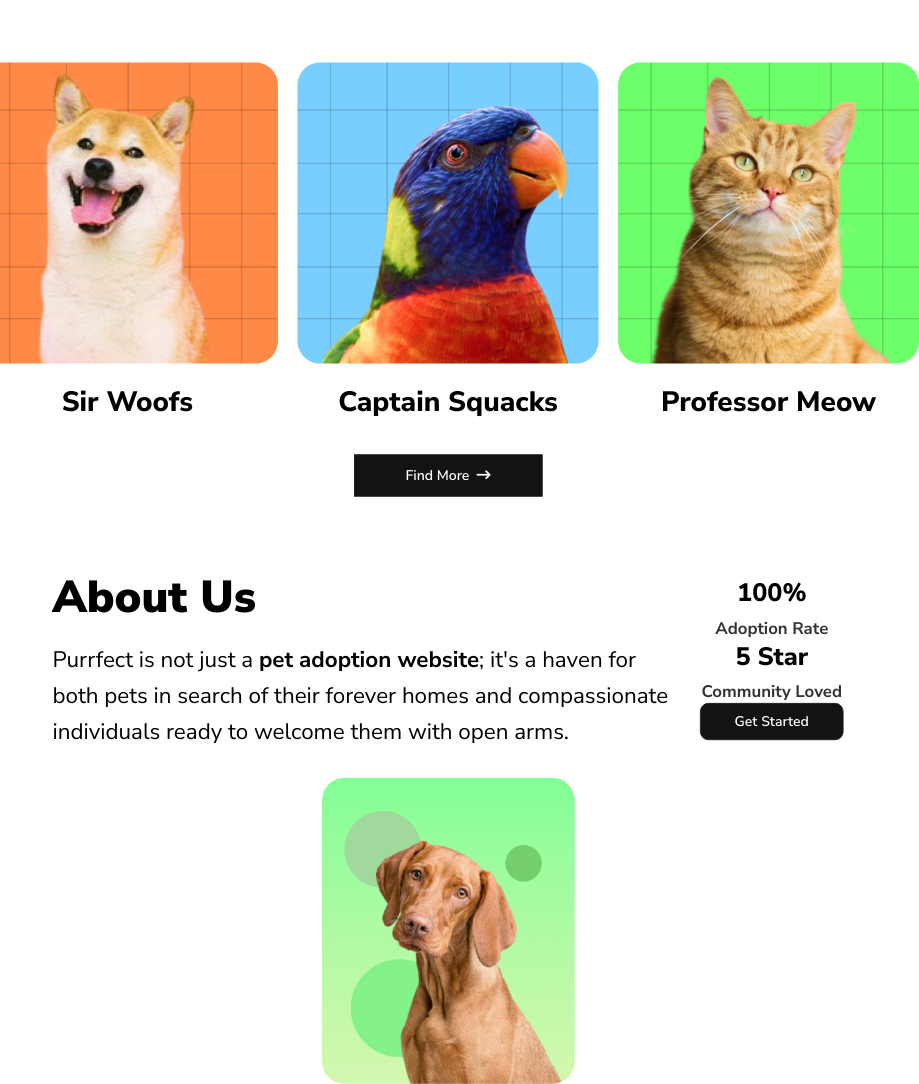
Repository: prashidika/purrfect-pet-adoption
Page: index.html
An editor plug-in stored every save of this project. The page is shown before and after the next save, followed by the edit.
The browser window is 1280 px wide. The page is 1313 px wide, so the pictures cover 1313 px, including what lies to the right of the window. The pictures show the part of the page from y = 1996 to 3876 px (the page is 3544 px tall before and 3876 px after), at 70% of full size.
Some web libraries are served in a nearby version.

Above is the page before, as saved 2025-08-25 15:30:35.

### index.html
<!DOCTYPE html>
<html lang="en">

<head>
    <meta charset="UTF-8" />
    <!-- Use for responsiveness -->
    <meta name="viewport" content="width=device-width, initial-scale=1.0" />
    <!-- link To CSS -->
    <link rel="stylesheet" href="style.css" />
    <!-- link To JS -->
    <script src="index.js" defer></script>
    <!-- For Scroll Reveal -->
    <script src="https://unpkg.com/scrollreveal"></script>
    <!-- For Icons -->
    <link rel="stylesheet" href="https://cdnjs.cloudflare.com/ajax/libs/font-awesome/6.5.2/css/all.min.css"
        integrity="sha512-SnH5WK+bZxgPHs44uWIX+LLJAJ9/2PkPKZ5QiAj6Ta86w+fsb2TkcmfRyVX3pBnMFcV7oQPJkl9QevSCWr3W6A=="
        crossorigin="anonymous" referrerpolicy="no-referrer" />
    <!-- Link For Gsap -->
    <script src="https://cdnjs.cloudflare.com/ajax/libs/gsap/3.12.5/gsap.min.js"
        integrity="sha512-7eHRwcbYkK4d9g/6tD/mhkf++eoTHwpNM9woBxtPUBWm67zeAfFC+HrdoE2GanKeocly/VxeLvIqwvCdk7qScg=="
        crossorigin="anonymous" referrerpolicy="no-referrer"></script>
    <!-- Link For Gsap - Scroll Trigger -->
    <script src="https://cdnjs.cloudflare.com/ajax/libs/gsap/3.12.5/ScrollTrigger.min.js"
        integrity="sha512-onMTRKJBKz8M1TnqqDuGBlowlH0ohFzMXYRNebz+yOcc5TQr/zAKsthzhuv0hiyUKEiQEQXEynnXCvNTOk50dg=="
        crossorigin="anonymous" referrerpolicy="no-referrer"></script>
    <!-- Link For Lenis - Smooth Scrolling -->
    <script src="https://unpkg.com/@studio-freight/lenis@1.0.42/dist/lenis.min.js"></script>
    <!-- Link For Split Type -->
    <script src="https://cdn.jsdelivr.net/npm/split-type@0.3.4/umd/index.min.js"></script>

    <title>Purrfect | Pet Adoption</title>
</head>

<body></body>

</html>

<!-- Navbar -->
<nav>
    <a href="index.html" class="brand">
        <h1>Purr<b class="accent">fect</b></h1>
    </a>

    <div class="menu">
        <div class="btn">
            <i class="fas fa-times close-btn" aria-label="Close menu"></i>
        </div>
        <a href="index.html">Home</a>
        <a href="index.html#pets">Pets</a>
        <a href="index.html#requirements">Requirements</a>
        <a href="index.html#about">About</a>
        <a href="index.html#stories">Stories</a>
    </div>

    <button class="btn-2" onclick="window.location.href='contact.html'">
        <p>Contact Us</p>
        <i class="fa-solid fa-circle-arrow-right"></i>
    </button>

    <div class="btn">
        <i class="fas fa-bars menu-btn" aria-label="Open menu"></i>
    </div>
</nav>
<!-- Navbar End ---->

<!-- Hero Page Section -->
<section class="heropage">
    <div class="hero-headlines">
        <h1>Find Your Purrfect Pet Soul Today!</h1>
        <p>
            Discover Your Perfect Companion in Our Selection of Loving Pets
            Available for Adoption.

        </p>
        <div class="hero-headlines-buttons">
            <button class="btn-3">Our Pets</button>
            <button class="btn-3 btn-transparent">Contact Us</button>
        </div>
    </div>
    <div class="hero-images">
        <img src="img/hero-img-1.png" alt="img" />
        <img src="img/hero-img-2.png" alt="img" />
        <img src="img/hero-img-3.png" alt="img" />
    </div>
</section>

<!-- Hero Page Section End -->

<!-- Requirement Section -->

<section class="requirements" id="requirements">
    <div class="requirements-headlines">
        <p>Our process is simple and filled with joy every step of the way</p>

        <div class="r-item-container">
            <!-- r item 1 -->
            <div class="r-item">
                <div class="r-logo" style="background-color: #b9ff46">
                    <i class="fa-regular fa-newspaper"></i>
                </div>
                <h5>Submitting an application</h5>
            </div>
            <!-- r item 2 -->
            <div class="r-item">
                <div class="r-logo" style="background-color: #fff846">
                    <i class="fa-solid fa-phone"></i>
                </div>
                <h5>Attending a online interview</h5>
            </div>

            <!-- r item 3 -->
            <div class="r-item">
                <div class="r-logo" style="background-color: #ff8846">
                    <i class="fa-solid fa-paw"></i>
                </div>
                <h5>Meeting the pet in person</h5>
            </div>

            <!-- r item 4 -->
            <div class="r-item">
                <div class="r-logo" style="background-color: #46c7ff">
                    <i class="fa-regular fa-file-zipper"></i>
                </div>
                <h5>Signing an adoption agreement</h5>
            </div>

            <!-- r item 5 -->
            <div class="r-item">
                <div class="r-logo" style="background-color: #4fffca">
                    <i class="fa-solid fa-handshake"></i>
                </div>
                <h5>Congratulations on finding a match</h5>
            </div>
        </div>
    </div>
    <img src="img/requirements-img.png" alt="img" />
</section>
<!-- Requirement Section End -->


<!-- Pets Section -->
<!-- Pets Section -->
<section class="pets" id="pets">
    <div class="pets-headlines">
        <i class="fa-solid fa-paw"></i>
        <h1>Meet Your Soul Pets</h1>
    </div>

    <div class="pets-collection">
        <div class="pet-item">
            <img src="img/pet-item-1.png" alt="Sir Woofs" />
            <h3>Sir Woofs</h3>
        </div>
        <div class="pet-item">
            <img src="img/pet-item-2.png" alt="Sir Woofs" />
            <h3>Captain Squacks</h3>
        </div>
        <div class="pet-item">
            <img src="img/pet-item-3.png" alt="Sir Woofs" />
            <h3>Professor Meow</h3>
        </div>
    </div>
    </div>

    <button class="btn-3 btn-pets">
        <p>Find More</p>
        <i class="fa-solid fa-arrow-right-long"></i>
    </button>
</section>
</section>
<!-- Pets Section End -->

<!-- About Section -->


<div class="about" id="about">
    <div class="about-headlines">
        <h1>About Us</h1>
        <p class="reveal-type" data-bg-color="#cccccc" data-fg-color="black">
            Purrfect is not just a <b>pet adoption website</b>; it's a haven for both
            pets in search of their forever homes and compassionate individuals ready
            to welcome them with open arms.
        </p>
    </div>

    <div class="about-info-divider">
        <div class="about-info-item">
            <h5>100%</h5>
            <h6>Adoption Rate</h6>
        </div>
        <div class="about-info-divider">
            <div class="about-info-item">
                <h5>5 Star</h5>
                <h6>Community Loved</h6>
            </div>
        </div>
        <button class="btn-3">Get Started</button>
    </div>

    <img src="img/about-img.png" alt="img" />

</div>
<!-- About Section End -->



</body>

</html>

### style.css
@import url("https://fonts.googleapis.com/css2?family=Nunito+Sans:ital,opsz,wght@0,6..12,200..1000;1,6..12,200..1000&display=swap");

* {
    margin: 0;
    padding: 0;
    box-sizing: border-box;
    font-family: "Nunito Sans", sans-serif;
}

:root {
    --accent: #ff9a24;
    --black: #131313;
}

body {
    min-height: 100vh;
}

section {
    min-width: 100%;
    min-height: 100vh;
    background-repeat: no-repeat;
    background-position: center;
    background-size: cover;
}

/* Navbar Section */
nav {
    z-index: 999;
    position: fixed;
    top: 0;
    left: 0;
    width: 100%;
    /* Added % */
    display: flex;
    justify-content: space-between;
    align-items: center;
    /* Fixed typo: 'centre' → 'center' */
    color: var(--black);
    background-color: white;
    padding: 30px 50px;
    transition: all 0.4s ease-out;
    filter: drop-shadow(5px 5px 10px transparent);
}

nav.sticky {
    background-color: white;
    filter: drop-shadow(5px 5px 10px #ffbe745e);
}

.brand {
    text-decoration: none;
    transition: all ease-in-out 0.3s;
    color: var(--black);
}

.brand h1 {
    font-size: 32px;
    font-weight: 900;
}

.accent {
    color: var(--accent);
}

.brand:hover {
    /* Fixed typo: 'brand.hover' → 'brand:hover' */
    opacity: 0.8;
}

.menu {
    display: flex;
    justify-content: center;
    /* Fixed typo: 'centre' → 'center' */
    align-items: center;
    gap: 42px;
}

.menu a {
    display: inline-block;
    position: relative;
    color: var(--black);
    text-decoration: none;
    font-size: 24px;
    font-weight: 400;
    border-radius: 32px;
    background-color: white;
    padding: 10px;
    transition: all 0.2s ease-out;
}

.menu a:hover {
    background-color: var(--accent);
    color: white;
}

.btn {
    color: white;
    font-size: 25px;
    cursor: pointer;
    display: none;
}

.btn-2 {
    display: flex;
    align-items: center;
    /* Fixed typo: 'centre' → 'center' */
    gap: 14px;
    font-size: 24px;
    font-weight: 500;
    color: var(--black);
    transition: all ease-in-out 0.2s;
    background-color: transparent;
    border: none;
    cursor: pointer;
}

.btn-2 i {
    font-size: 32px;
    transition: all 0.2s ease-out;
}

/* Fixed typo: '.btn2:hover i' → '.btn-2:hover i' */
.btn-2:hover i {
    color: var(--accent);
}

.btn-2:hover {
    gap: 10px;
}

/* ----------------- Hero Section ----------------- */
.heropage {
    margin-top: 150px;
    display: flex;
    flex-direction: column;
    align-items: center;
    background-image: url("img/hero-background-image.png");
    background-size: cover;
    background-position: center;
    padding: 100px 20px;
}

.hero-headlines {
    display: flex;
    flex-direction: column;
    align-items: center;
    width: 750px;
    text-align: center;
}

.hero-headlines h1 {
    font-size: 64px;
    font-weight: 900;
    margin-bottom: 20px;
    color: var(--black);
}

.hero-headlines p {
    font-size: 24px;
    font-weight: 600;
    margin-bottom: 40px;
    color: var(--black);
}

/* Hero Buttons */
.hero-headlines-buttons {
    display: flex;
    gap: 20px;
    flex-wrap: wrap;
}

.btn-3 {
    width: 205px;
    height: 53px;
    background-color: var(--black);
    font-size: 20px;
    font-weight: 600;
    color: white;
    border-radius: 12px;
    border: 1px solid var(--black);
    cursor: pointer;
    transition: all 0.2s ease-out;
}

.btn-3:hover {
    background-color: var(--accent);
    border-color: var(--accent);
}

/* Transparent Button */
.btn-transparent {
    background-color: transparent;
    color: var(--black);
    border: 1px solid var(--black);
}

.btn-transparent:hover {
    background-color: var(--accent);
    color: white;
    border-color: var(--accent);
}

/* Hero Images */
.hero-images {
    display: flex;
    margin-top: 56px;
    gap: 35px;
}

/* Requirements Section */
.requirements {
    margin-top: 50px;
    align-items: center;
    justify-content: center;
    display: flex;
    background-image: url("img/requirements-background-img.png");
}

.requirements-headlines {
    width: 658px;
}

.requirements-headlines h1 {
    font-size: 96px;
    font-weight: 900;
}

.requirements-headlines p {
    font-size: 32px;
    font-weight: 600;
    margin-bottom: 49px;
}

.r-item-container {
    display: flex;
    flex-direction: column;
    gap: 18px;
}

.r-item {
    display: flex;
    align-items: center;
    gap: 18px;
}

.r-logo {
    width: 50px;
    height: 50px;
    border: 1px solid var(--black);
    border-radius: 100%;
    display: flex;
    align-items: center;
    justify-content: center;
}

.r-logo i {
    font-size: 28px;
}

.r-item h5 {
    font-size: 32px;
    font-weight: 600;
}

/* Pets Section */
.pets {
    display: flex;
    flex-direction: column;
    align-items: center;
    margin-top: 74px;
}

.pets-headlines {
    display: flex;
    justify-content: center;
    align-items: center;
    gap: 24px;
}

.pets-headlines i {
    font-size: 56px;
    color: #7291ff;
}

.pets-headlines h1 {
    font-size: 64px;
    font-weight: 800;
}

.pets-collection {
    display: flex;
    gap: 28px;
    margin-top: 74px;
}

.pet-item {
    display: flex;
    flex-direction: column;
    align-items: center;
    gap: 28px;
    transition: 0.5s ease-out;
}

.pet-item h3 {
    font-size: 40px;
    font-weight: 800;
}

.btn-pets {
    width: 269px;
    height: 60px;
    /* added px */
    display: flex;
    align-items: center;
    justify-content: center;
    gap: 10px;
    border-radius: 0px;
    margin-top: 48px;
}

/* About Section */
.about {
    display: flex;
    align-items: center;
    justify-content: center;
    gap: 40px;
    margin-top: 100px;
    padding: 0 50px;
    flex-wrap: wrap;
    /* makes it responsive */
}

.about-headlines {
    display: flex;
    flex-direction: column;
    width: 885px;
}

.about-headlines h1 {
    font-size: 64px;
    font-weight: 900;
    margin-bottom: 20px;
}

.about-headlines p {
    font-size: 32px;
    font-weight: 400;
    line-height: 1.6;
}

.about-info {
    display: flex;
    justify-content: center;
    gap: 76px;
    margin-top: 40px;
    flex-wrap: wrap;
}

.about-info-item {
    display: flex;
    flex-direction: column;
    align-items: center;
}

.about-info-item h5 {
    font-size: 36px;
    font-weight: 800;
    margin-bottom: 10px;
}

.about-info-item h6 {
    font-size: 24px;
    font-weight: 700;
    color: #333;
}

.about-headlines button {
    margin-top: 48px;
    padding: 12px 24px;
    background-color: #7291ff;
    color: white;
    border: none;
    border-radius: 8px;
    font-size: 16px;
    cursor: pointer;
    transition: background 0.3s;
}

.about-headlines button:hover {
    background-color: #5677e6;
}

### index.js
// NAVBAR
const navbar = document.querySelector("nav");

// Scroll effect
window.addEventListener("scroll", () =>
    navbar.classList.toggle("sticky", window.scrollY > 0)
);

// Menu toggle
const menu = document.querySelector(".menu");
const toggleMenu = () => menu.classList.toggle("active");

// Event listeners for open/close menu
document.querySelector(".menu-btn").addEventListener("click", toggleMenu);
document.querySelector(".close-btn").addEventListener("click", toggleMenu);

// Close menu when clicking a link
document
    .querySelectorAll(".menu a")
    .forEach((link) => link.addEventListener("click", toggleMenu));

After the next save:
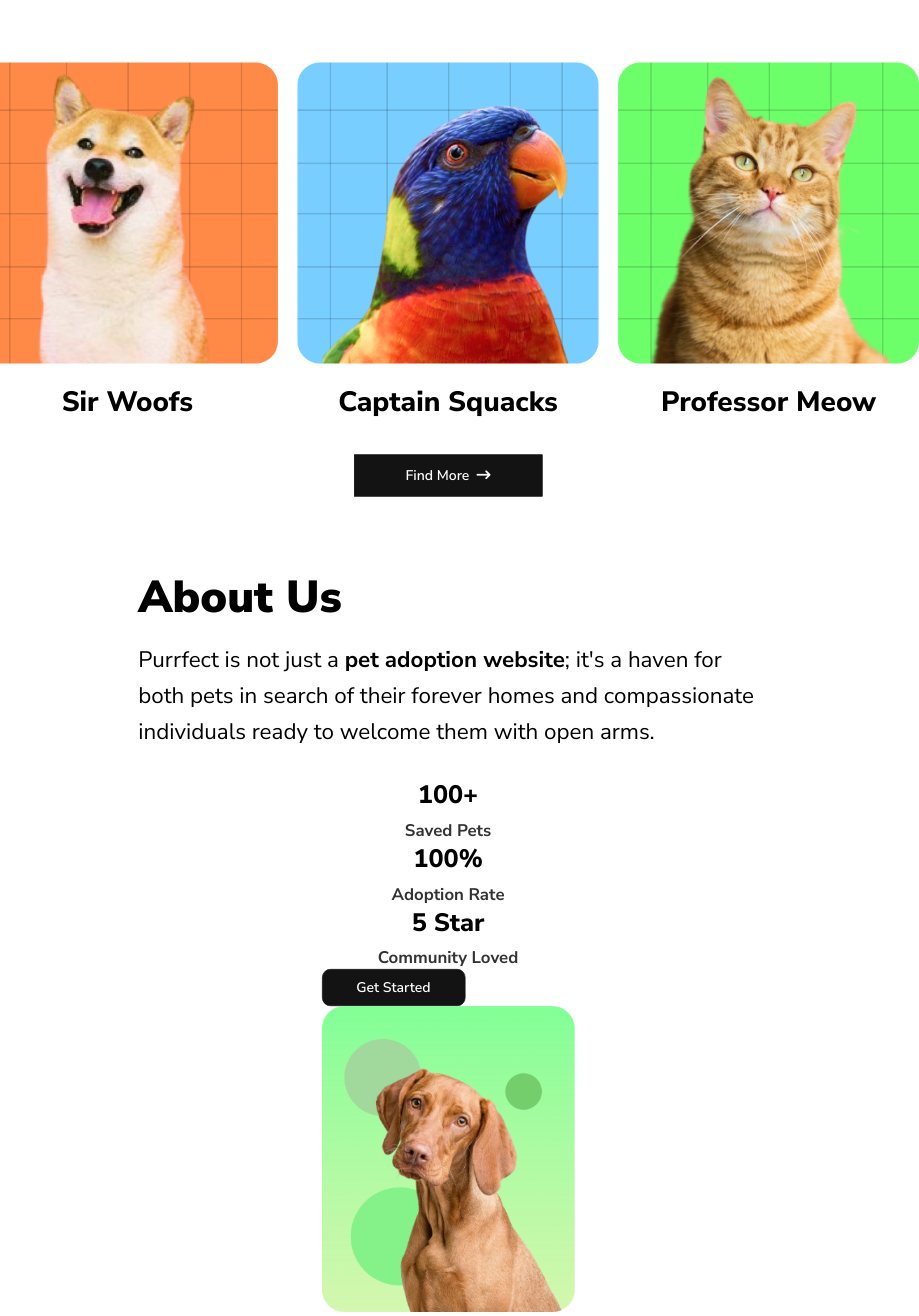
Saved 4 min 5 s later.
--- a/index.html
+++ b/index.html
@@ -185,25 +185,29 @@
 
     <div class="about-info-divider">
         <div class="about-info-item">
-            <h5>100%</h5>
-            <h6>Adoption Rate</h6>
+            <h5>100+</h5>
+            <h6>Saved Pets</h6>
         </div>
         <div class="about-info-divider">
             <div class="about-info-item">
-                <h5>5 Star</h5>
-                <h6>Community Loved</h6>
-            </div>
-        </div>
-        <button class="btn-3">Get Started</button>
-    </div>
-
-    <img src="img/about-img.png" alt="img" />
-
-</div>
-<!-- About Section End -->
-
-
-
-</body>
-
-</html>
+                <h5>100%</h5>
+                <h6>Adoption Rate</h6>
+            </div>
+            <div class="about-info-divider">
+                <div class="about-info-item">
+                    <h5>5 Star</h5>
+                    <h6>Community Loved</h6>
+                </div>
+                <button class="btn-3">Get Started</button>
+            </div>
+
+            <img src="img/about-img.png" alt="img" />
+
+        </div>
+        <!-- About Section End -->
+
+
+
+        </body>
+
+        </html>
